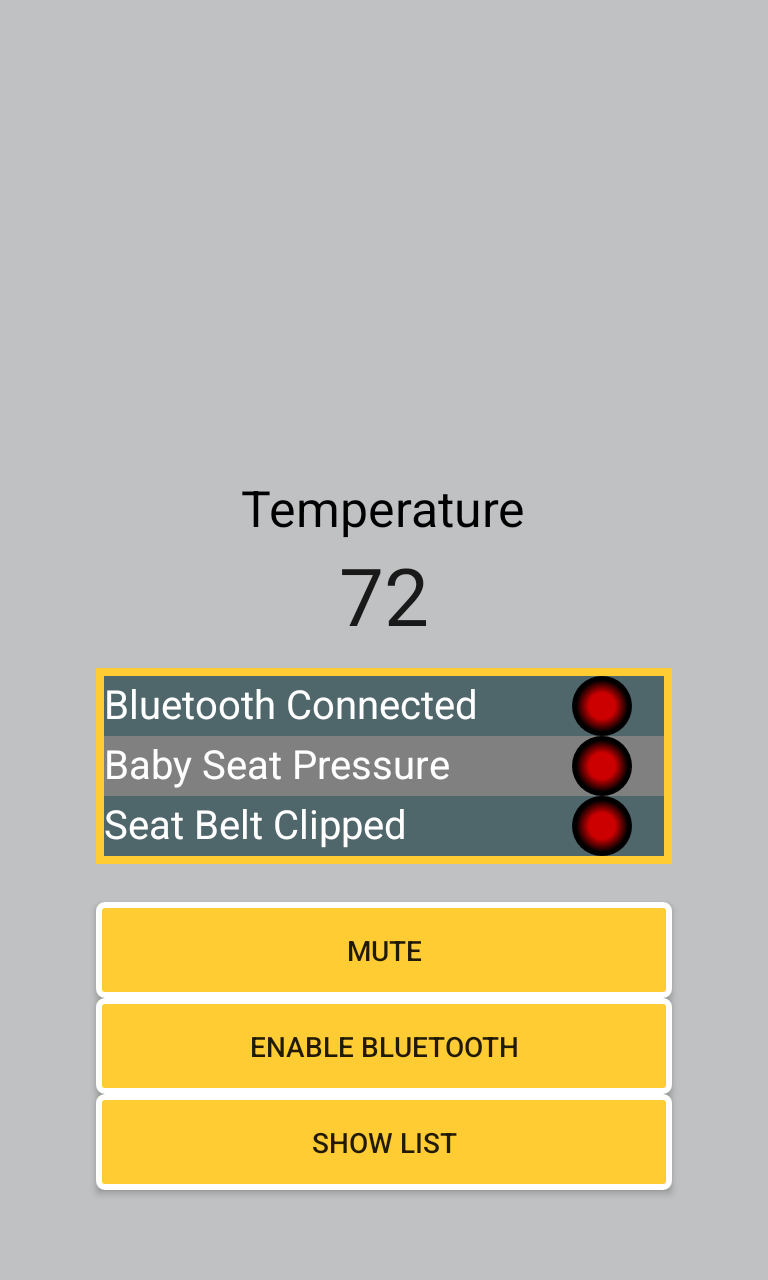
Repository: kqbright/Senior_Design2_Baby_Saver_Android_App
Layout: AppWorkspace/BabyCarTest/res/layout/activity_main.xml
These files come from the project's save history. The layout is drawn as it stood at one moment and after the next save; the edit follows.
It is drawn on a 768 x 1280 px phone screen (xhdpi) without system bars, with theme AppTheme; the app's code is not run.

Above is the layout before, as saved 2014-12-01 03:03:11.

After the next save:
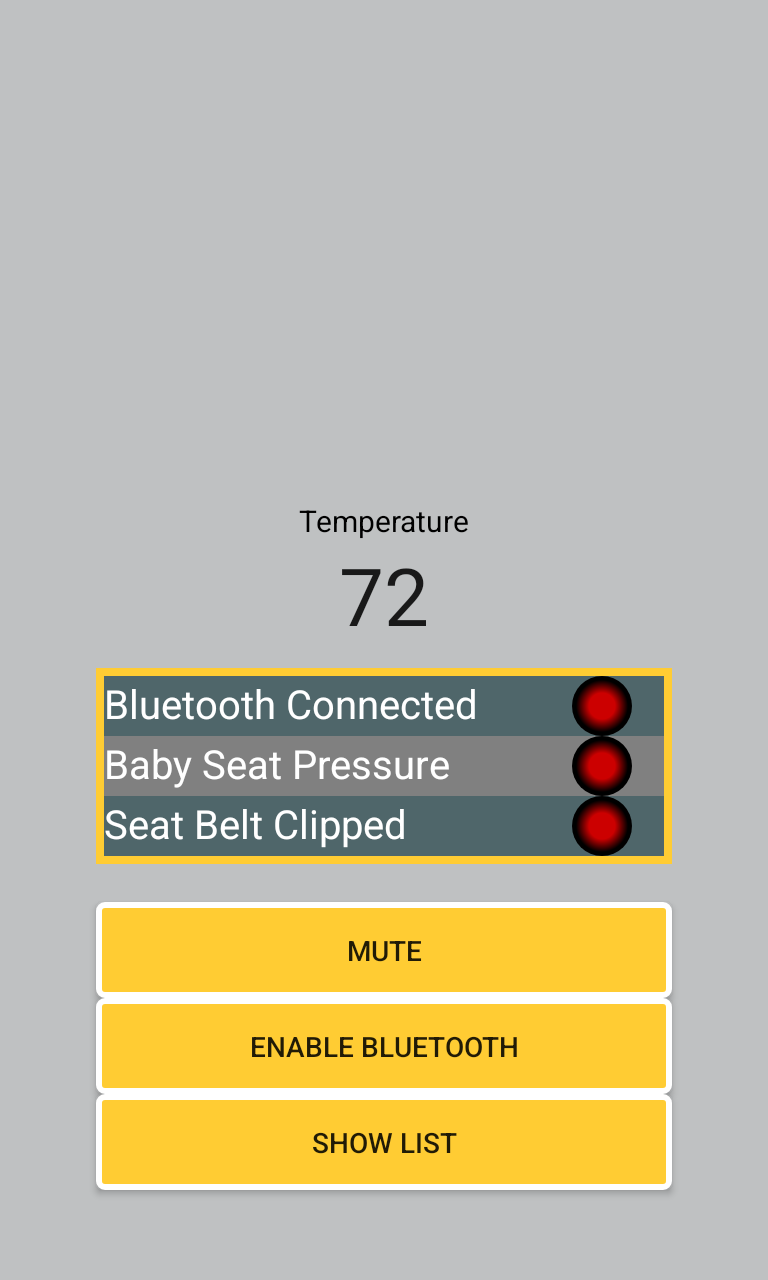
Saved 15 s later.
--- a/AppWorkspace/BabyCarTest/res/layout/activity_main.xml
+++ b/AppWorkspace/BabyCarTest/res/layout/activity_main.xml
@@ -138,6 +138,6 @@
         android:text="@string/temp_lbl"
         android:textAppearance="?android:attr/textAppearanceLarge"
         android:textColor="@color/black"
-        android:textSize="25sp" />
+        android:textSize="15sp" />
 
 </RelativeLayout>
